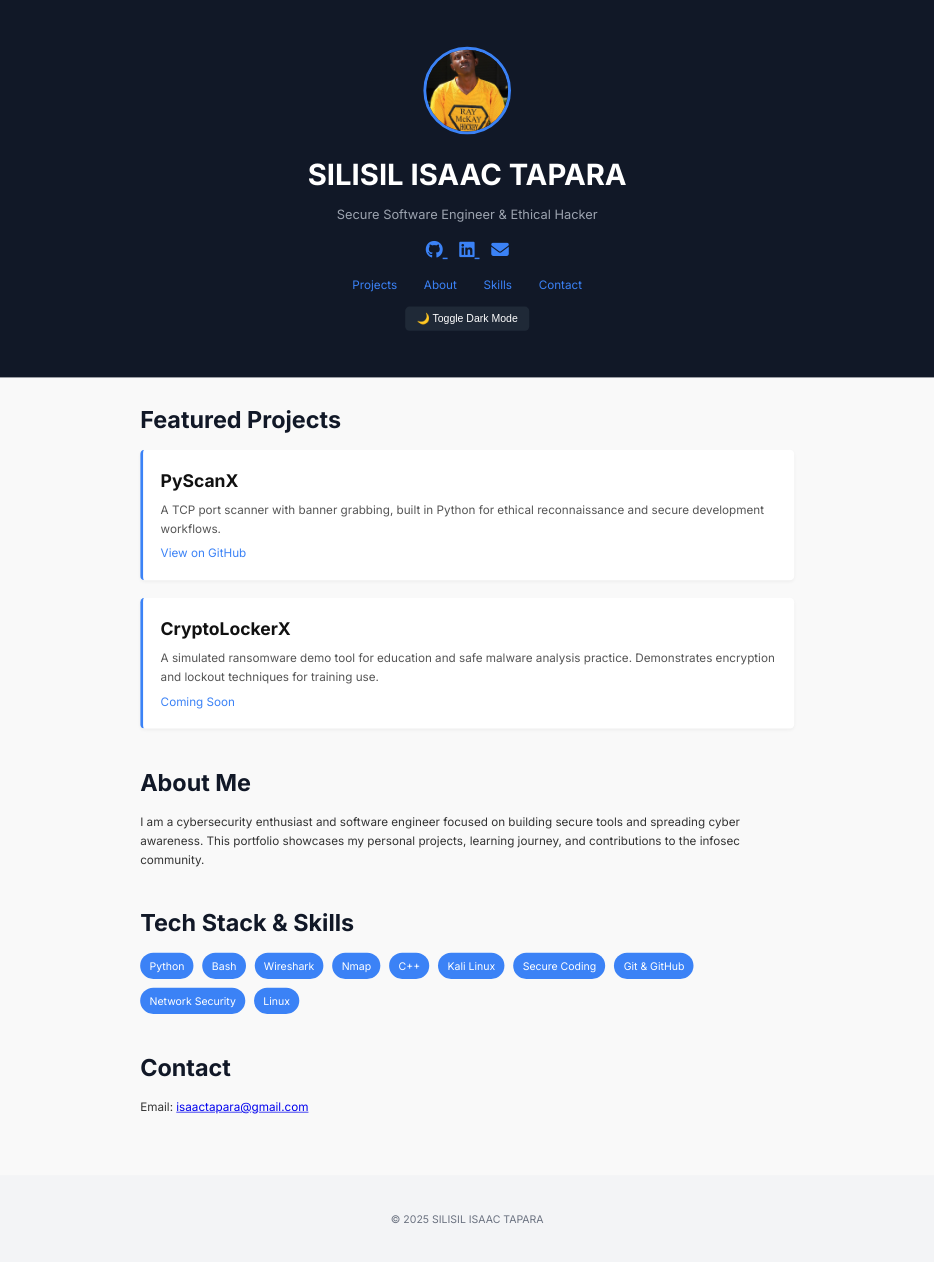
Repository: isaactapara/isaactapara.github.io
Page: index.html
The author's editor kept a copy of each file at every save. The page is drawn from the files as they stood at one save, then again after the next save.
The browser window is 1280 px wide. The pictures show the whole page, at 73% of full size.
Some web libraries are served in a nearby version.

Above is the page before, as saved 2025-07-17 10:38:32.

After the next save:
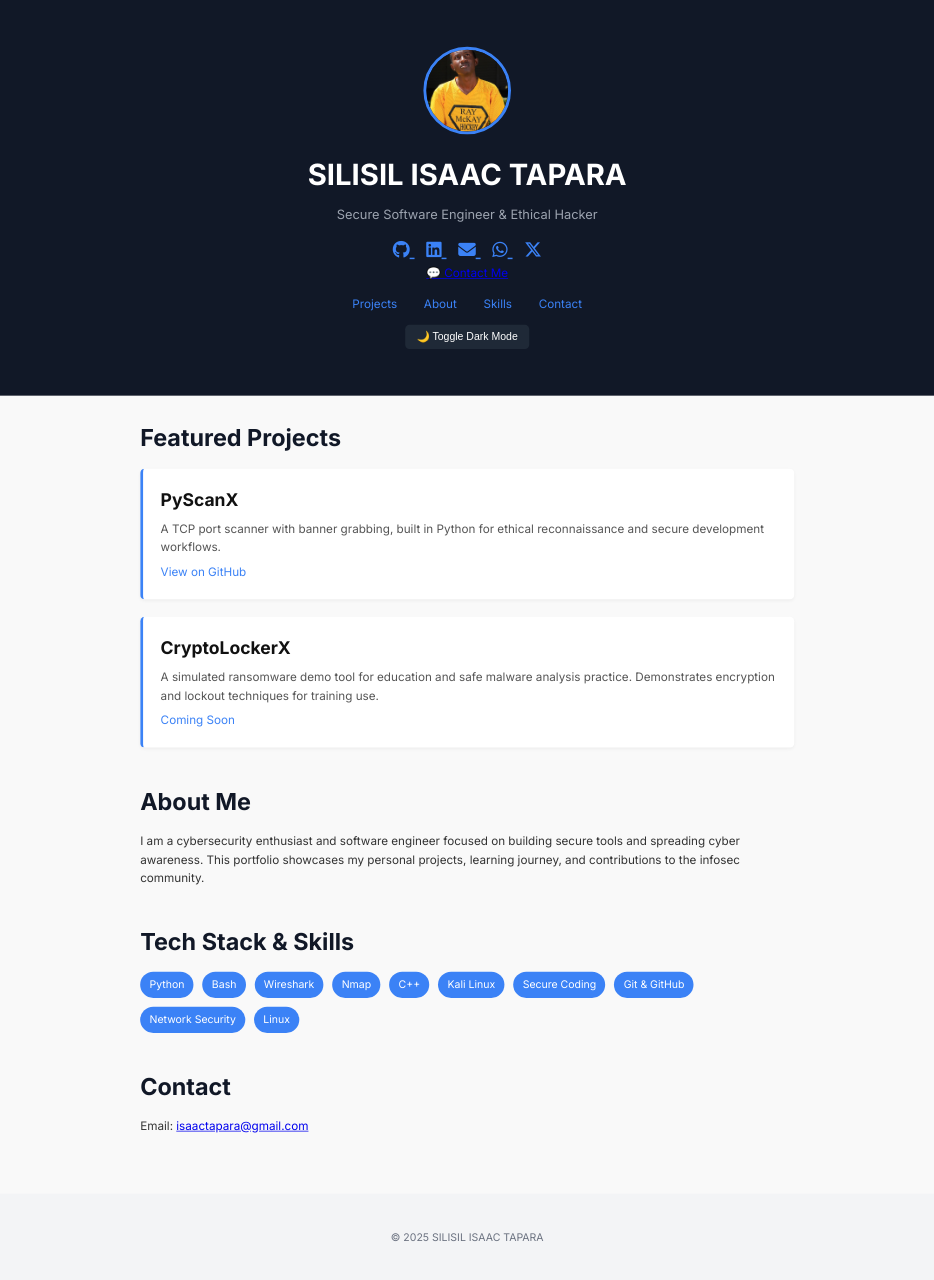
Saved 11 min 41 s later.
--- a/index.html
+++ b/index.html
@@ -16,15 +16,25 @@
       <p class="subtitle">Secure Software Engineer & Ethical Hacker</p>
 
       <div class="social-icons">
-        <a href="https://github.com/isaactapara" target="_blank" aria-label="GitHub">
+        <a href="https://github.com/isaactapara" target="_blank" title="GitHub">
           <i class="fab fa-github"></i>
         </a>
-        <a href="https://linkedin.com/in/isaactapara" target="_blank" aria-label="LinkedIn">
+        <a href="https://www.linkedin.com/in/isaacktapara/" target="_blank" title="LinkedIn">
           <i class="fab fa-linkedin"></i>
         </a>
-        <a href="mailto:isaactapara@gmail.com" aria-label="Email">
+        <a href="mailto:isaactapara@gmail.com" title="Email Me">
           <i class="fas fa-envelope"></i>
         </a>
+        <a href="https://wa.me/254702502376" target="_blank" title="Chat on WhatsApp">
+          <i class="fab fa-whatsapp"></i>
+        </a>
+        <a href="https://x.com/ToxicWarlord2/" target="_blank" title="Twitter (X)">
+          <i class="fab fa-x-twitter"></i>
+        </a>
+      </div>
+
+      <div class="contact-button">
+        <a href="https://wa.me/254702502376" target="_blank" class="btn">💬 Contact Me</a>
       </div>
 
       <nav>
